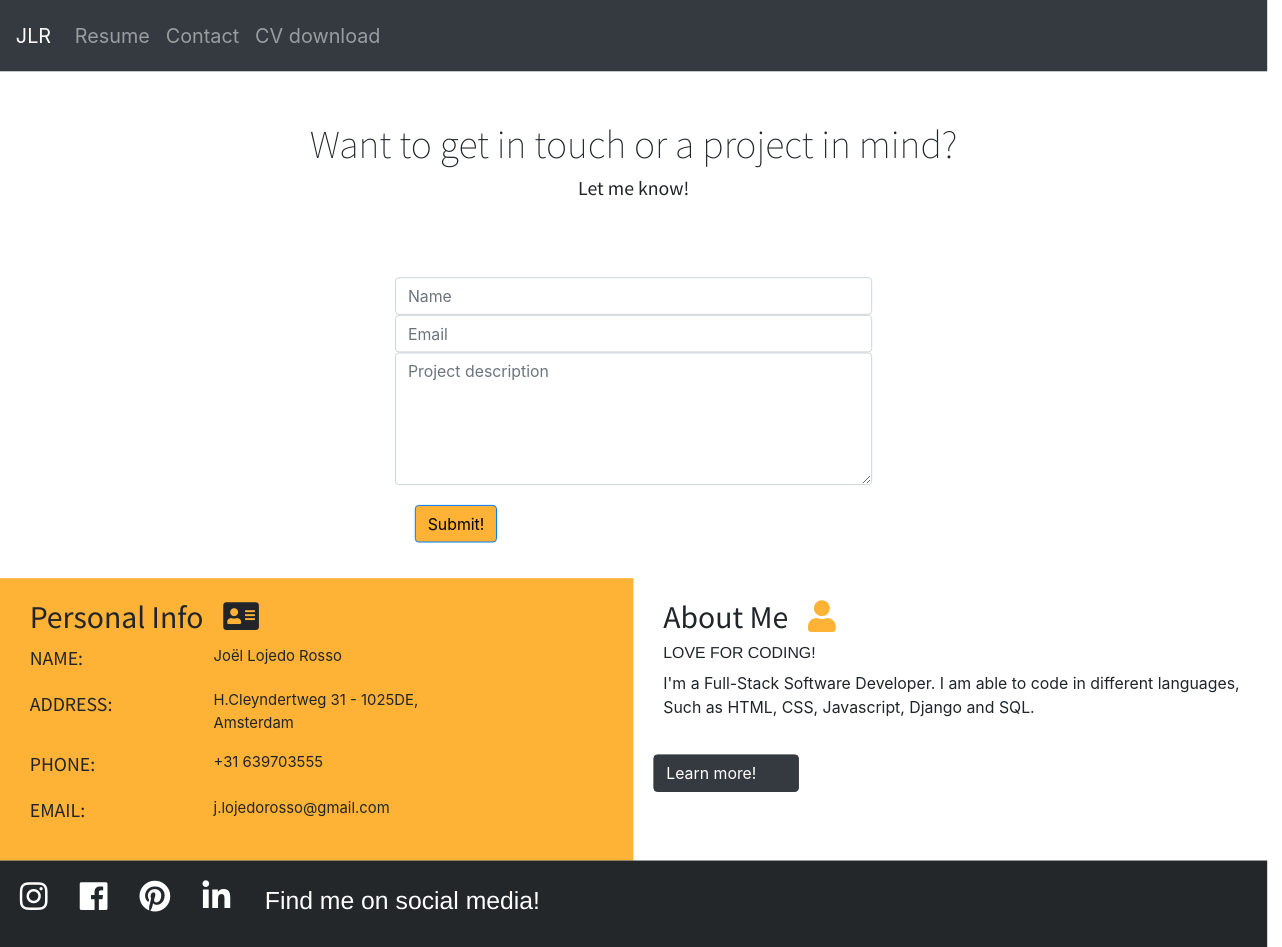
Repository: Kawaiisaki/Portfolio-site
Page: contact.html
The author's editor kept a record of every edit. The page is drawn from the files as they stood at one moment, then again after the next edit.
The browser window is 1280 px wide. The page is 1295 px wide, so the pictures cover 1295 px, including what lies to the right of the window. The pictures show the whole page, at 99% of full size.
Some web libraries are served in a nearby version.

Above is the page before.

After the next edit:
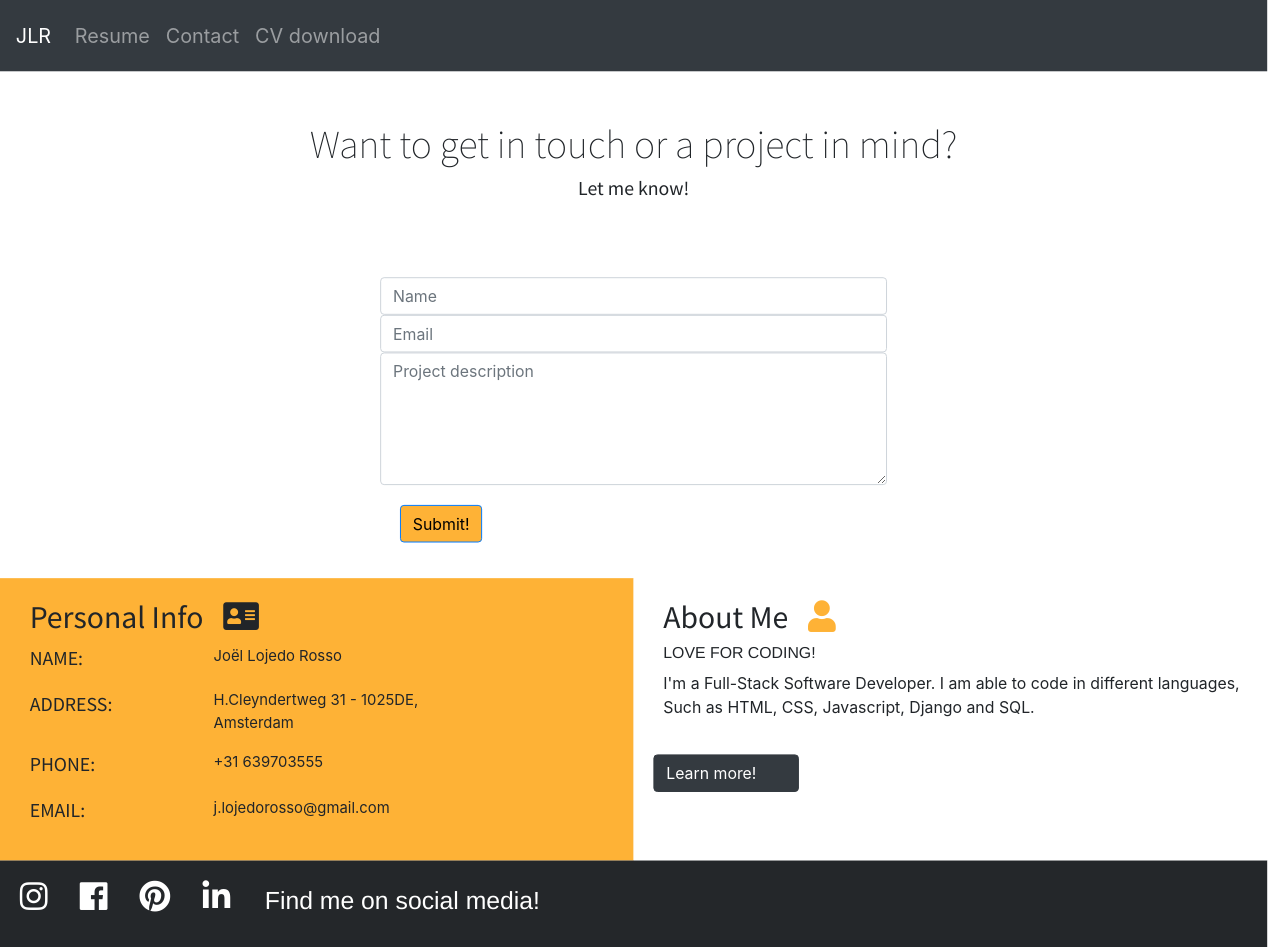
The edit:
--- a/contact.html
+++ b/contact.html
@@ -44,14 +44,14 @@
             </div>
         </div>
         <div class="form-placement">
-        <form class="container">
-            <div class="form-group">
-                <input type="text" name="fullname" class="form-control" placeholder="Name" required/>
-                <input type="email" name="email" id="emailaddress" class="form-control" placeholder="Email" required/>
-                <textarea rows="5" name="projectsummary" id="projectsummary" class="form-control" placeholder="Project description" required></textarea>
-                <button type="submit" class="btn btn-primary">Submit!</button>
-            </div>
-        </form>
+            <form>
+                <div class="form-group">
+                    <input type="text" name="fullname" class="form-control" placeholder="Name" required/>
+                    <input type="email" name="email" id="emailaddress" class="form-control" placeholder="Email" required/>
+                    <textarea rows="5" name="projectsummary" id="projectsummary" class="form-control" placeholder="Project description" required></textarea>
+                    <button type="submit" class="btn btn-primary">Submit!</button>
+                </div>
+            </form>
         </div>
     </header>
     <section>
